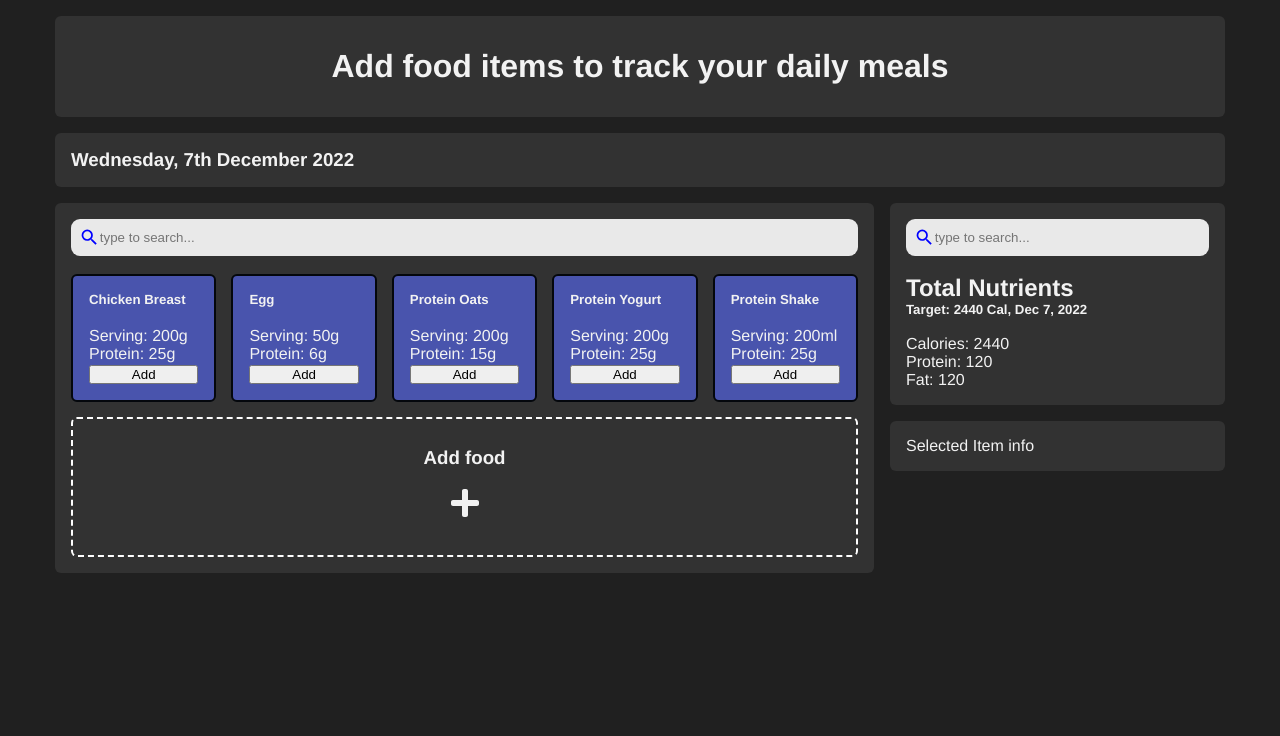
Repository: CEEPREL/NutritionTracker
Page: /
These files come from the project's save history. The page is drawn as it stood at one moment and after a run of saves; the edit follows.
The browser window is 1280 px wide. The pictures show the whole page.
The project was rebuilt for these pictures with package versions that can differ from the ones it lists, and the page was loaded fresh each time. Also part of the build but not shown: vite.config.js.

Above is the page before, as saved 2022-12-08 19:13:13.

After the next 2 saves:
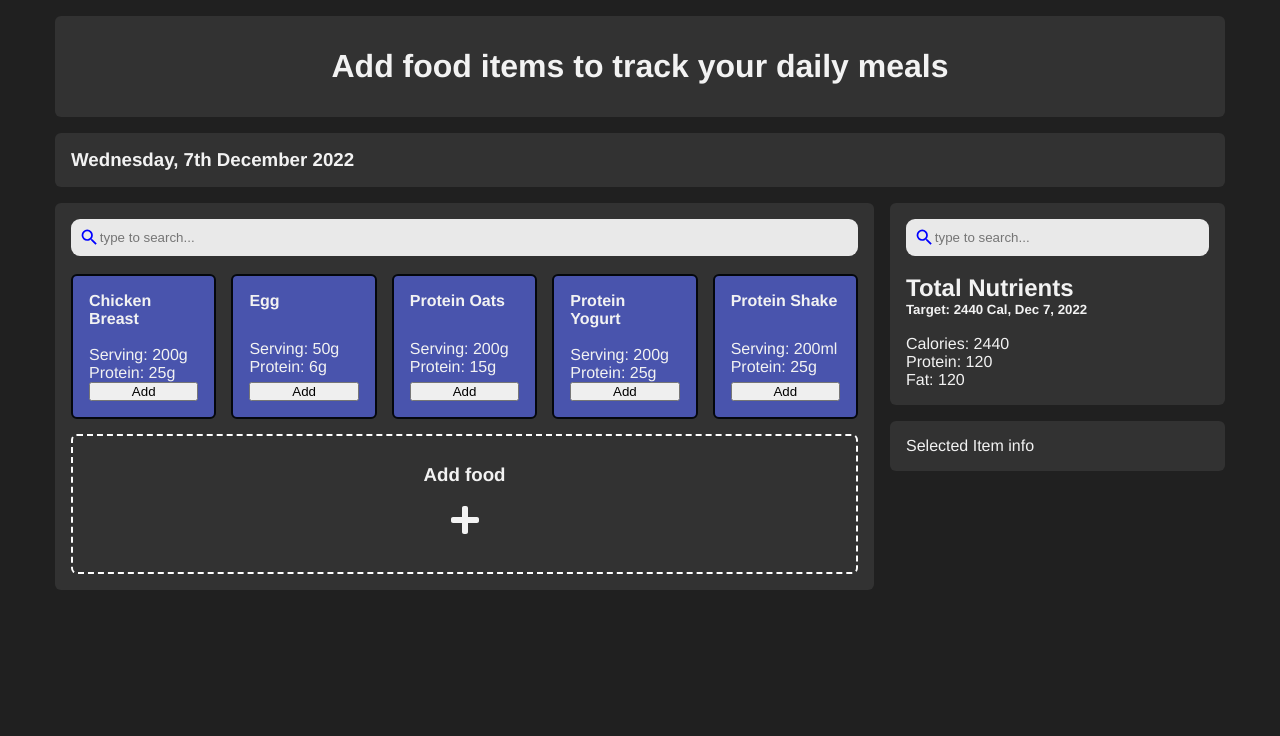
The 2 saves are shown as one change because they came seconds apart.
The last was saved 13 s later.
--- a/src/components/Food.js
+++ b/src/components/Food.js
@@ -4,7 +4,7 @@ const Food = ({ id, name, size, protein, image }) => {
     return (
         <div className="food-card">
 
-            <h5><strong>{name}</strong></h5>
+            <h4><strong>{name}</strong></h4>
             <br></br>
             {/* <img className="small" src={image} alt={name}></img> */}
             <div>
